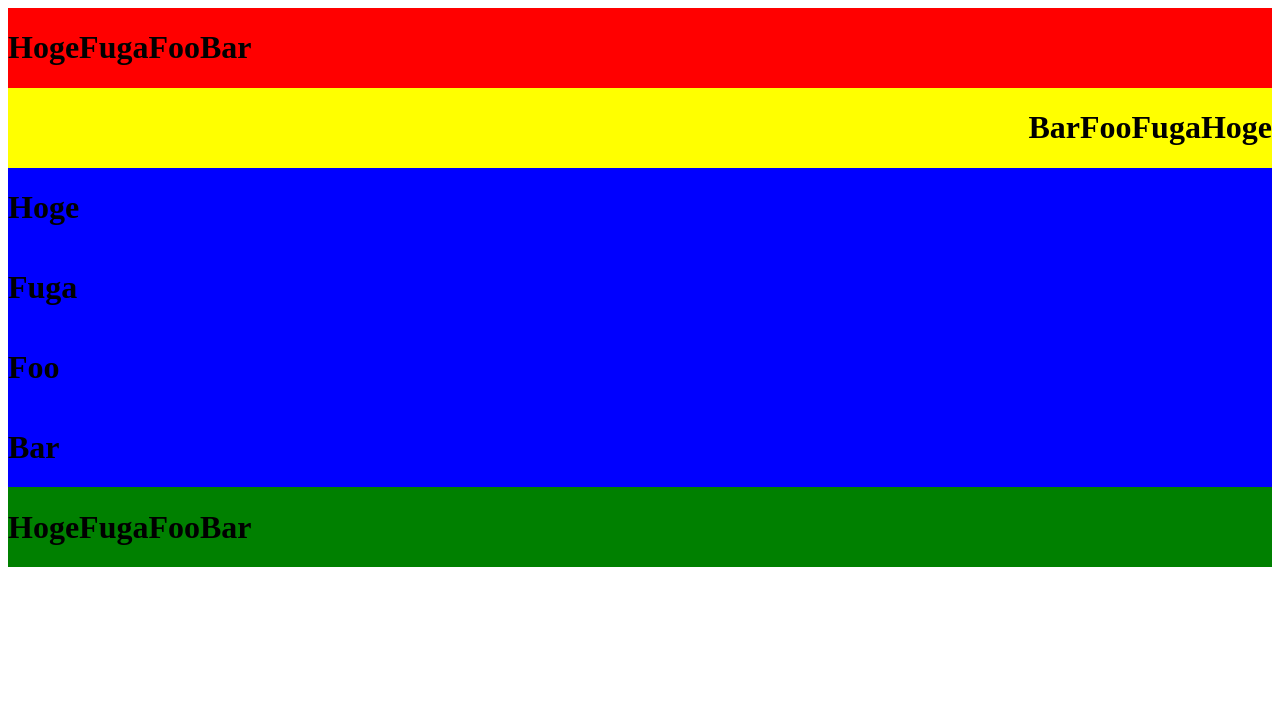
Repository: kota-nakasaka/samurai_HTML-CSS
Page: index2.html
The author's editor kept a record of every edit. The page is drawn from the files as they stood at one moment, then again after the next edit.
The browser window is 1280 px wide. The pictures show the whole page.

Above is the page before.

### index2.html
<html lang="ja">
    <head>
        <style>
            #sort {
                display: flex;
                flex-direction: row;
                background-color: red;
            }

            #reverse {
                display: flex;
                flex-direction: row-reverse;
                background-color: yellow;
            }

            #column {
                display: flex;
                flex-direction: column;
                background-color: blue;
            }

            #column-reverse {
                display: flex;
                flex-derection: column-reverse;
                background-color: green;
            }
        </style>
    </head>
    <body>
        <div id="sort">
            <h1>Hoge</h1>
            <h1>Fuga</h1>
            <h1>Foo</h1>
            <h1>Bar</h1>
        </div>

        <div id="reverse">
            <h1>Hoge</h1>
            <h1>Fuga</h1>
            <h1>Foo</h1>
            <h1>Bar</h1>
        </div>

        <div id="column">
            <h1>Hoge</h1>
            <h1>Fuga</h1>
            <h1>Foo</h1>
            <h1>Bar</h1>
        </div>

        <div id="column-reverse">
            <h1>Hoge</h1>
            <h1>Fuga</h1>
            <h1>Foo</h1>
            <h1>Bar</h1>
        </div>
    </body>
</html>

After the next edit:
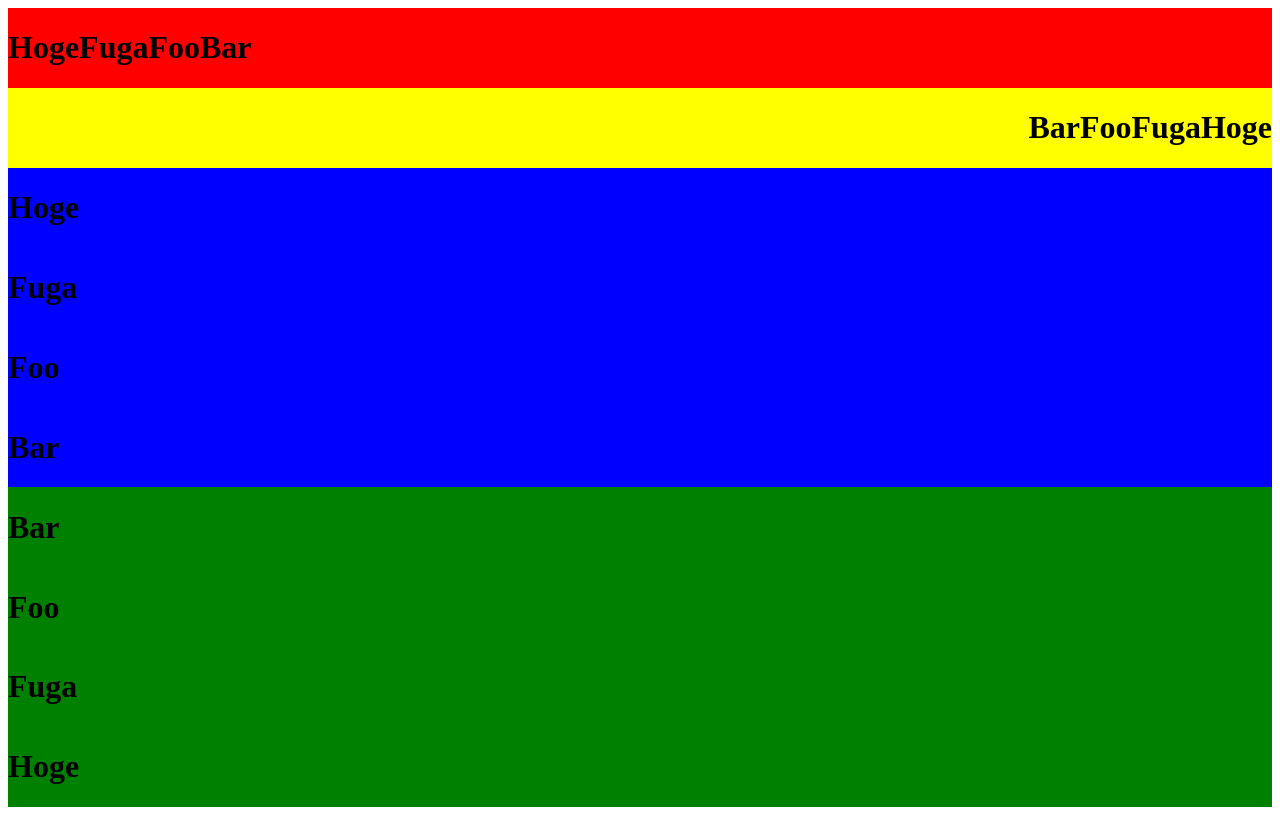
The edit:
--- a/index2.html
+++ b/index2.html
@@ -21,7 +21,7 @@
 
             #column-reverse {
                 display: flex;
-                flex-derection: column-reverse;
+                flex-direction: column-reverse;
                 background-color: green;
             }
         </style>
